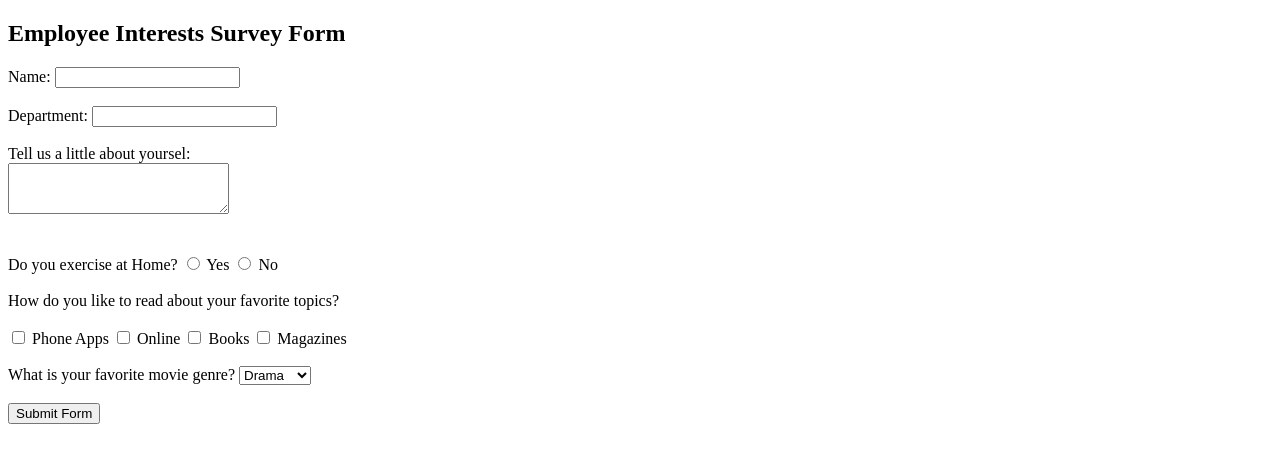
Repository: JoaoLemesDEV/Exercise-Survey-Form
Page: index.html
These files come from the project's save history. The page is drawn as it stood at one moment and after a run of saves; the edit follows.
The browser window is 1280 px wide. The pictures show the whole page.

Above is the page before, as saved 2021-10-10 18:37:06.

### index.html
<!DOCTYPE html>
<html lang="en">
  <head>
    <meta charset="UTF-8" />
    <meta http-equiv="X-UA-Compatible" content="IE=edge" />
    <meta name="viewport" content="width=device-width, initial-scale=1.0" />
    <title>Survey Form</title>
  </head>
  <body>
    <form action="">
      <h2>Employee Interests Survey Form</h2>
      <label for="name">Name: </label>
      <input type="text" name="name" id="" required /><br /><br />
      <label for="dep">Department:</label>
      <input type="text" name="dep" id="" required /><br /><br />
      <label for="message">Tell us a little about yoursel:</label><br />
      <textarea name="message" id="message" cols="25" rows="3"></textarea><br/><br><br>
      <label for="question01">Do you exercise at Home?</label>
      <input type="radio" name="question01" id="question01" />
      <label for="question01">Yes</label>
      <input type="radio" name="question01" id="question01" />
      <label for="question01">No</label><br /><br />
      <label for="">How do you like to read about your favorite topics?</label
      ><br /><br />
      <input type="checkbox" name="" id="" />
      <label for="">Phone Apps</label>
      <input type="checkbox" name="" id="" />
      <label for="">Online</label>
      <input type="checkbox" name="" id="" />
      <label for="">Books</label>
      <input type="checkbox" name="" id="" />
      <label for="">Magazines</label><br /><br />
      <label for="">What is your favorite movie genre?</label>
      <select name="" id="">
        <option value="">Drama</option>
        <option value="">Terror</option>
        <option value="">Comedy</option>
        <option value="">Horror</option>
        <option value="">Action</option>
      </select><br><br>
      <input type="submit" value="Submit Form">
    </form>
  </body>
</html>

After the next 2 saves:
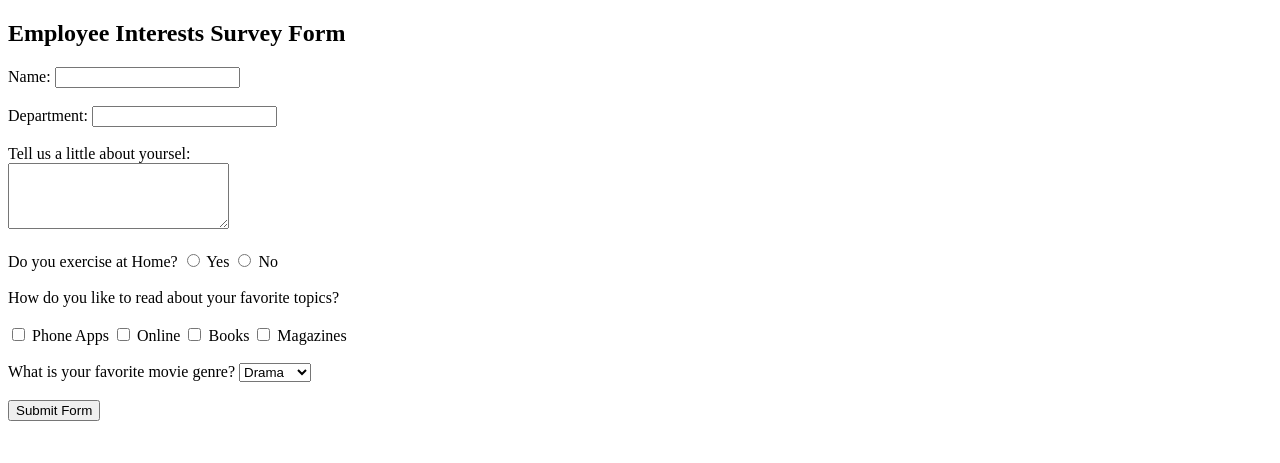
The 2 saves are shown as one change because they came seconds apart.
The last was saved 10 s later.
--- a/index.html
+++ b/index.html
@@ -14,7 +14,7 @@
       <label for="dep">Department:</label>
       <input type="text" name="dep" id="" required /><br /><br />
       <label for="message">Tell us a little about yoursel:</label><br />
-      <textarea name="message" id="message" cols="25" rows="3"></textarea><br/><br><br>
+      <textarea name="message" id="message" cols="25" rows="4"></textarea><br/><br>
       <label for="question01">Do you exercise at Home?</label>
       <input type="radio" name="question01" id="question01" />
       <label for="question01">Yes</label>
